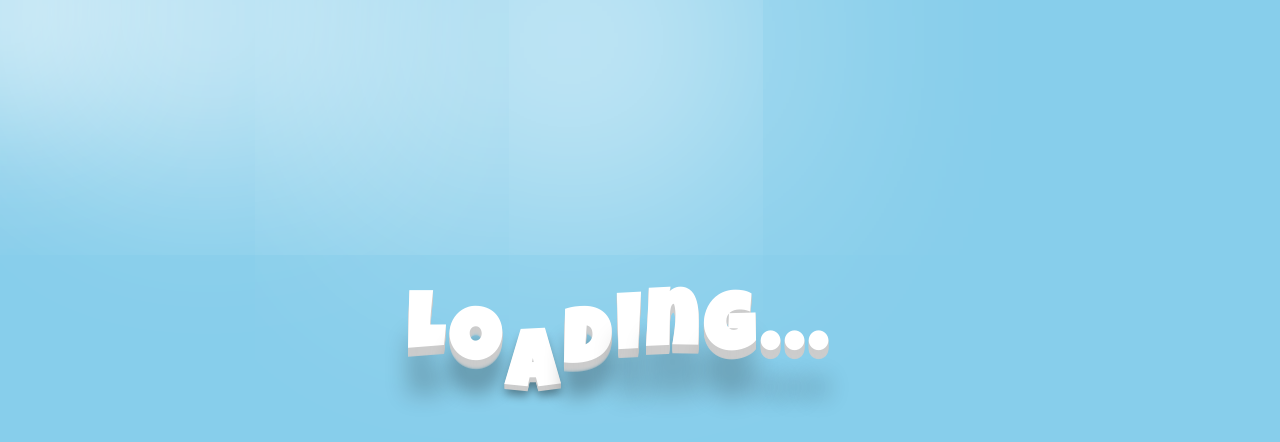
Repository: BlackCat328/CSS_Animation
Page: 2.文字弹动/index.html
An editor plug-in stored every save of this project. The page is shown before and after a run of saves, followed by the edit.
The browser window is 1280 px wide. The pictures show the whole page.

Above is the page before, as saved 2022-11-13 20:49:23.

After the next 6 saves:
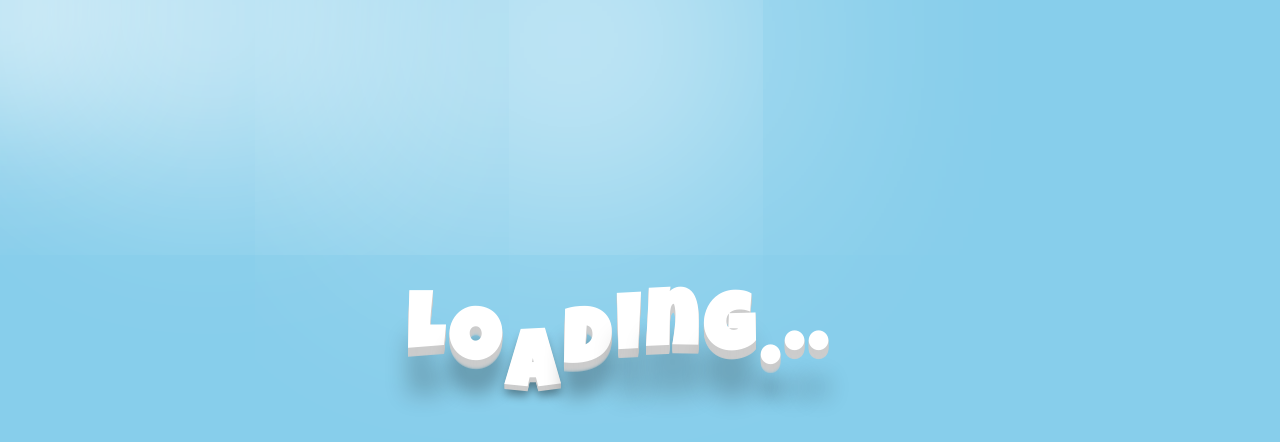
The 6 saves are shown as one change because they came seconds apart.
The last was saved 17 s later.
--- a/2.文字弹动/index.css
+++ b/2.文字弹动/index.css
@@ -97,4 +97,8 @@ h1 span:nth-child(5) {
 
 h1 span:nth-child(6) {
     animation-delay: .5s;
+}h1 span:nth-child(7) {
+    animation-delay: .6s;
+}h1 span:nth-child(8) {
+    animation-delay: .7s;
 }
